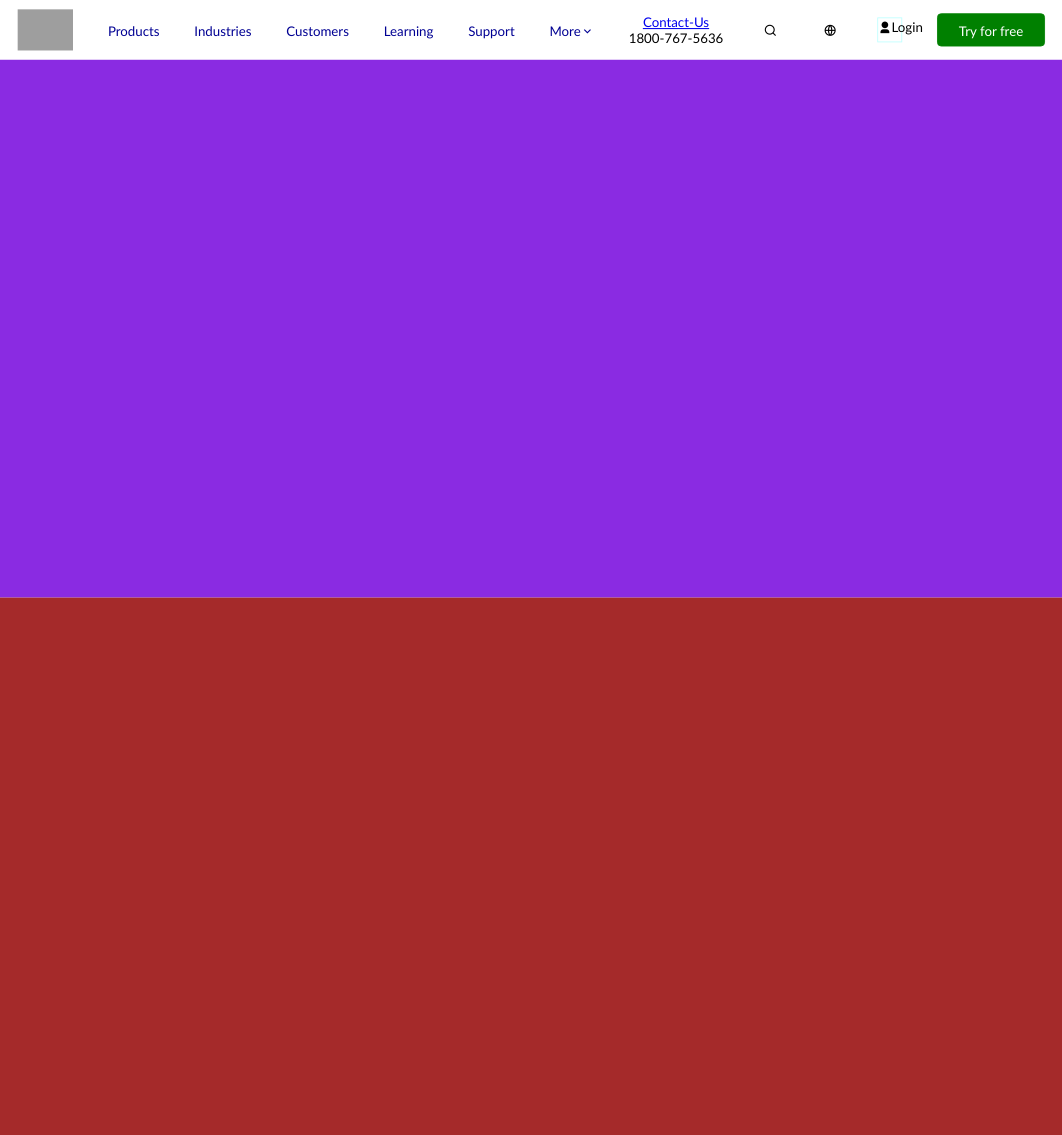
Repository: Chiranshukapil/html_css
Page: salesforce/index.html
These files come from the project's save history. The page is drawn as it stood at one moment and after the next save; the edit follows.
The browser window is 1280 px wide. The pictures show the whole page, at 83% of full size.
Pictures or frames that could not be fetched are drawn as grey boxes.

Above is the page before, as saved 2024-06-10 00:06:41.

After the next save:
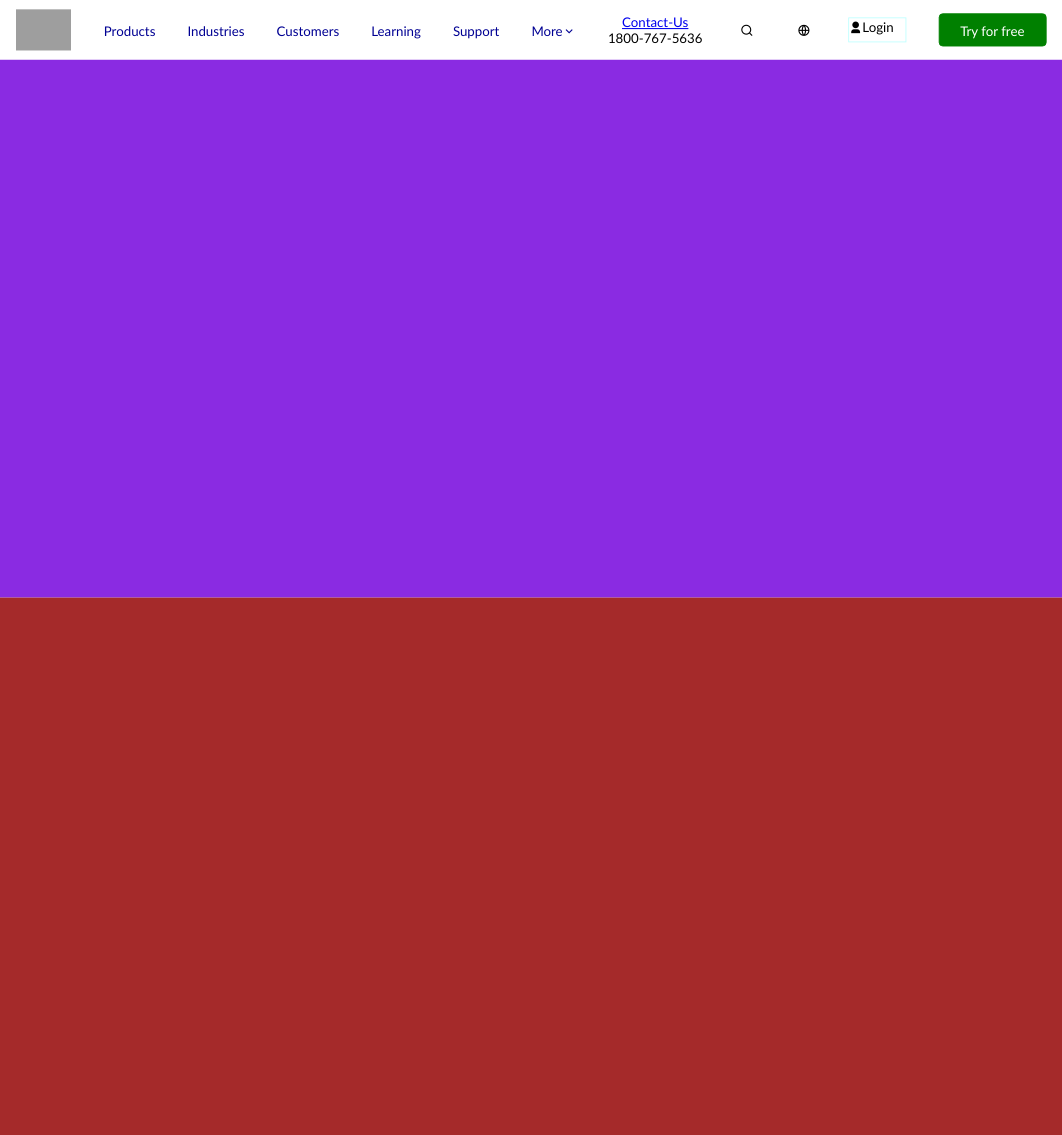
Saved 5 s later.
--- a/salesforce/style.css
+++ b/salesforce/style.css
@@ -59,7 +59,7 @@ html,body{
 
 #login{
     height: 30px;
-    width: 30px;
+    width: 70px;
     display: flex;
     border: 1px solid rgb(188, 255, 255);
     /* border-radius: 20px; */
